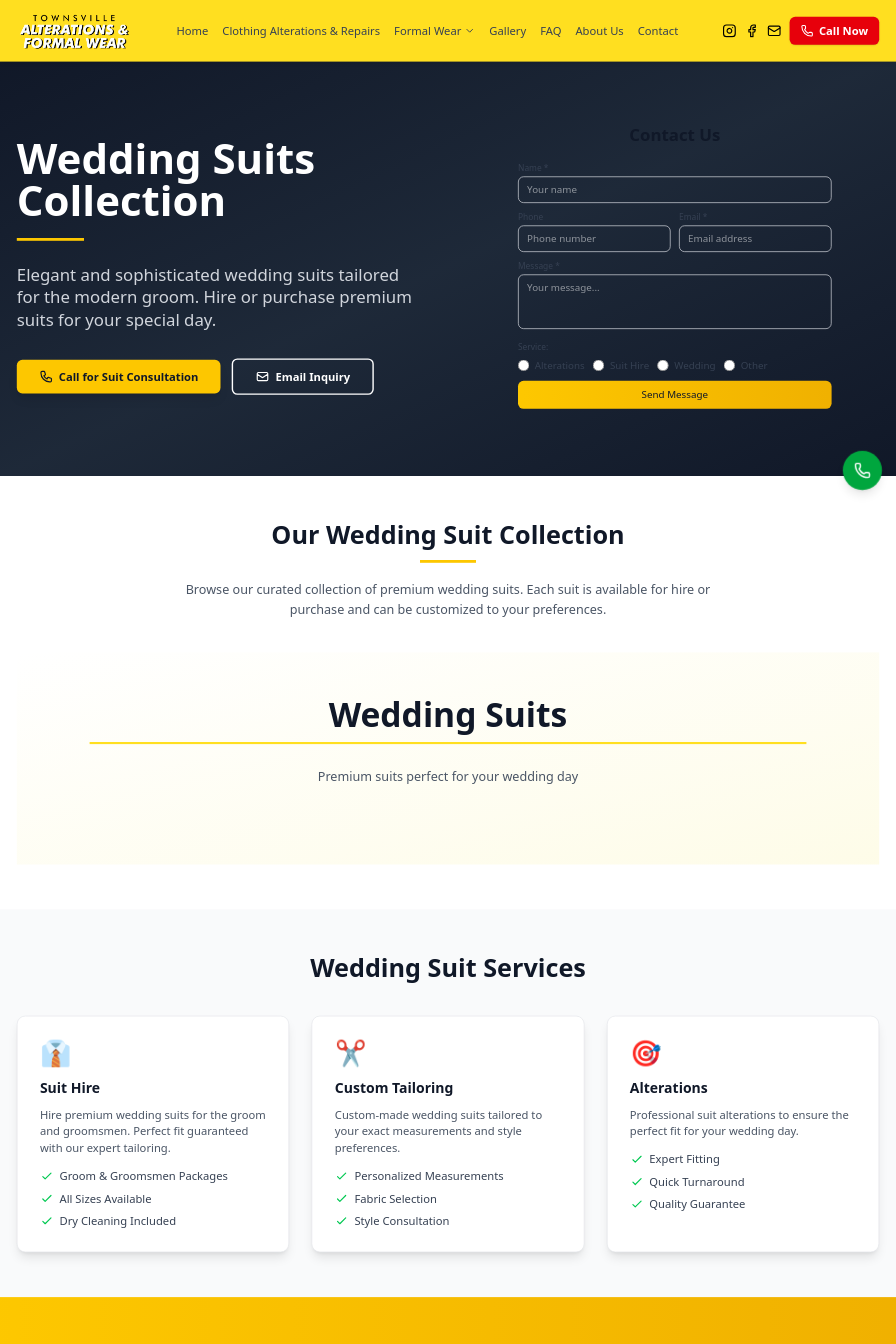
Repository: tarekhasan1/townsville-alteration
Page: /wedding-suits
The author's editor kept a copy of each file at every save. The page is drawn from the files as they stood at one save, then again after the next save.
The browser window is 1280 px wide. The pictures show the part of the page from y = 0 to 1920 px (the page is 2715 px tall), at 70% of full size.
The page's requests for data from a server got no answer. The project was rebuilt for these pictures with package versions that can differ from the ones it lists, and the page was loaded fresh each time. The framework's server and built-in components were replaced by stand-ins that run in the browser. No one was signed in, and anything a server would have sent is missing. Also part of the build but not shown: next.config.ts.

Above is the page before, as saved 2026-01-31 11:34:24.

### src/app/layout.tsx
import type { Metadata } from "next";
import Script from "next/script";
import "./globals.css";
import LayoutShell from "@/components/LayoutShell";
import FloatingCallButton from "@/components/FloatingCallButton";
import AnalyticsTracker from "@/components/AnalyticsTracker";

export const metadata: Metadata = {
  title: "Townsville Alterations and Formal Wear | Tailoring, Suit Hire, Alterations",
  description:
    "Townsville Alterations and Formal Wear - Reinvent Your Wardrobe. Hire or tailor-make outfits that turn heads. Expert suit hire, bridal alterations, and tailoring in Townsville.",
  keywords:
    "Townsville Tailoring, Formal Wear Townsville, Suit Hire, Alterations, Wedding Dress Alterations, Custom Tailoring",
  authors: [{ name: "Townsville Alterations & Formal Wear" }],
  creator: "Townsville Alterations & Formal Wear",
  publisher: "Townsville Alterations & Formal Wear",
  robots: "index, follow",
  icons: "/logo.png",
};

export default function RootLayout({
  children,
}: {
  children: React.ReactNode;
}) {
  return (
    <html lang="en">
      <head>
        {/* Google Tag Manager */}
        <Script
          id="gtm-script"
          strategy="afterInteractive"
          dangerouslySetInnerHTML={{
            __html: `
              (function(w,d,s,l,i){w[l]=w[l]||[];
              w[l].push({'gtm.start': new Date().getTime(),event:'gtm.js'});
              var f=d.getElementsByTagName(s)[0],
              j=d.createElement(s),dl=l!='dataLayer'?'&l='+l:'';
              j.async=true;j.src=
              'https://www.googletagmanager.com/gtm.js?id='+i+dl;
              f.parentNode.insertBefore(j,f);
              })(window,document,'script','dataLayer','GTM-WH7KD8GK');
            `,
          }}
        />
        {/* End Google Tag Manager */}
      </head>

      <body>
        {/* Google Tag Manager (noscript) */}
        <noscript>
          <iframe
            src="https://www.googletagmanager.com/ns.html?id=GTM-WH7KD8GK"
            height="0"
            width="0"
            style={{ display: "none", visibility: "hidden" }}
          />
        </noscript>
        {/* End Google Tag Manager (noscript) */}
        <AnalyticsTracker />

        <LayoutShell>{children}</LayoutShell>

        {/* Global Floating Call Button */}
        <FloatingCallButton />
      </body>
    </html>
  );
}

### src/app/globals.css
@import "tailwindcss";

:root {
  --background: #ffffff;
  --foreground: #171717;
}

### src/components/LayoutShell.tsx
// components/LayoutShell.tsx
'use client';

import { usePathname } from 'next/navigation';
import Navbar from '@/components/Navbar';
import ContactSection from '@/components/ContactSection';
import DevelopedBy from '@/components/DevelopedBy';

export default function LayoutShell({ children }: { children: React.ReactNode }) {
  const pathname = usePathname();
  const isAdminRoute = pathname.startsWith('/admin');

  return (
    <>
      {!isAdminRoute && <Navbar />}
      {children}
      {!isAdminRoute && (
        <>
          <ContactSection />
          <DevelopedBy />
        </>
      )}
    </>
  );
}

### src/components/FloatingCallButton.tsx
'use client';

import { Phone } from 'lucide-react';

export default function FloatingCallButton() {
  return (
    <a
      href="tel:0421929683" // <-- replace with real number
      aria-label="Call us now"
      className="
        fixed
        bottom-5
        right-5
        z-50
        flex
        items-center
        justify-center
        w-14
        h-14
        rounded-full
        bg-green-600
        text-white
        shadow-lg
        hover:bg-green-700
        active:scale-95
        transition
      "
    >
      <Phone className="w-6 h-6" />
    </a>
  );
}

### src/components/AnalyticsTracker.tsx
/* eslint-disable @typescript-eslint/no-explicit-any */
"use client";

import { usePathname } from "next/navigation";
import { useEffect } from "react";

declare global {
  interface Window {
    dataLayer: any[];
  }
}

export default function AnalyticsTracker() {
  const pathname = usePathname();

  useEffect(() => {
    if (typeof window === "undefined") return;
    if (!window.dataLayer) return;

    window.dataLayer.push({
      event: "pageview",
      page_path: pathname,
    });
  }, [pathname]);

  return null;
}

### src/components/ContactSection.tsx
'use client';

import Image from 'next/image';
import { Facebook, Instagram } from 'lucide-react';

export default function ContactSection() {
  return (
    <footer
      id="contact"
      aria-labelledby="contact-us"
      className="bg-[#f2f2e5] p-8 md:p-12 lg:p-16"
    >
      <div className="mx-auto grid grid-cols-1 md:grid-cols-2 gap-8 items-center">
        <div className="w-full h-auto relative">
          <Image
            src="/tailored-suit.jpg"
            alt="Tailored suits on hangers"
            width={600}
            height={400}
            className="rounded-lg"
            priority
          />
        </div>
        <div className="space-y-6 text-center md:text-left">
          <h2
            id="contact-us"
            className="text-4xl md:text-5xl font-bold text-gray-900 mb-4"
          >
            We&apos;d love to work with you. Call us now.
          </h2>
          <hr className="border-yellow-300 border-[2px]" />
          <div className="space-y-4 text-gray-700">
            <div>
              <h3 className="font-semibold">ADDRESS</h3>
              <p>611 Flinders Street, Townsville</p>
            </div>
            <div>
              <h3 className="font-semibold">PHONE</h3>
              <p>04 219 29683</p>
            </div>
            <div>
              <h3 className="font-semibold">EMAIL</h3>
              <p>
                <a
                  href="mailto:tranglecong2014@gmail.com"
                  className="hover:text-gray-600"
                  aria-label="Email us at sales@tsvalterationsandformalwear.com"
                >
                  tranglecong2014@gmail.com
                </a>
              </p>
            </div>
            <div>
              <h3 className="font-semibold">SOCIAL</h3>
              <div className="flex justify-center md:justify-start space-x-4 text-xl">
                <a
                  target="_blank"
                  href="https://www.facebook.com/DressmakingAlterationsTownsville"
                  aria-label="Facebook - Townsville Alterations and Formal Wear"
                  className="text-gray-800 hover:text-gray-600"
                >
                  <Facebook size={24} />
                </a>
                <a
                  target="_blank"
                  href="https://www.instagram.com/tsvalterationformal?igsh=bXJkaXp3eXN4Yml2"
                  aria-label="Instagram - Townsville Alterations and Formal Wear"
                  className="text-gray-800 hover:text-gray-600"
                >
                  <Instagram size={24} />
                </a>
              </div>
            </div>
          </div>
        </div>
      </div>
    </footer>
  );
}

### src/components/DevelopedBy.tsx
// components/DevelopedBy.js

import React from 'react';

const DevelopedBy = () => {
  return (
    <footer className="bg-gray-900 text-white text-center py-4">
      <p className="text-sm">
        Developed by{' '}
        <a
          href="https://digitalcowboy.com.au"
          className="text-yellow-400 hover:underline"
          target="_blank"
          rel="noopener noreferrer"
        >
          DigitalCowboy
        </a>
      </p>
    </footer>
  );
};

export default DevelopedBy;

### actions/client.action.ts
// lib/client.actions.ts
'use client';

import { collection, getDocs } from "firebase/firestore";
import { db } from "@/firebase/config";

export type CollectionType = 'gallery' | 'featured' | 'suits' | 'wedding-gowns';

export interface ImageData {
  id: string;
  url: string;
  fileName?: string;
  fileSize?: number;
  uploadedAt?: Date;
}

// Fetch images from a specific collection
export const fetchCollectionImages = async (collectionName: CollectionType): Promise<ImageData[]> => {
  try {
    const snapshot = await getDocs(collection(db, collectionName));
    const images = snapshot.docs.map((doc) => ({
      id: doc.id,
      url: doc.data().url as string,
      fileName: doc.data().fileName as string,
      fileSize: doc.data().fileSize as number,
      uploadedAt: doc.data().uploadedAt?.toDate() as Date,
    }));
    return images;
  } catch (error) {
    console.error(`Error fetching ${collectionName} images:`, error);
    throw new Error(`Failed to fetch ${collectionName} images`);
  }
};

// Fetch all images from all collections
export const fetchAllImages = async (): Promise<{
  gallery: ImageData[];
  featured: ImageData[];
  suits: ImageData[];
  weddingGowns: ImageData[];
}> => {
  try {
    const [gallery, featured, suits, weddingGowns] = await Promise.all([
      fetchCollectionImages('gallery'),
      fetchCollectionImages('featured'),
      fetchCollectionImages('suits'),
      fetchCollectionImages('wedding-gowns'),
    ]);

    return { gallery, featured, suits, weddingGowns };
  } catch (error) {
    console.error('Error fetching all images:', error);
    throw new Error('Failed to fetch images');
  }
};

// Fetch images with pagination
export const fetchPaginatedImages = async (
  collectionName: CollectionType,
  page: number,
  itemsPerPage: number
): Promise<{
  images: ImageData[];
  total: number;
  totalPages: number;
}> => {
  try {
    const allImages = await fetchCollectionImages(collectionName);
    const startIndex = page * itemsPerPage;
    const endIndex = startIndex + itemsPerPage;
    const paginatedImages = allImages.slice(startIndex, endIndex);
    const totalPages = Math.ceil(allImages.length / itemsPerPage);

    return {
      images: paginatedImages,
      total: allImages.length,
      totalPages,
    };
  } catch (error) {
    console.error(`Error fetching paginated ${collectionName} images:`, error);
    throw new Error(`Failed to fetch paginated ${collectionName} images`);
  }
};

### actions/contact.action.ts
/* eslint-disable @typescript-eslint/no-explicit-any */
/* eslint-disable @typescript-eslint/no-unused-vars */
// lib/contact.actions.ts
'use client';

import {
  collection,
  addDoc,
  getDocs,
  query,
  orderBy,
  where,
  Timestamp,
  updateDoc,
  doc,
  deleteDoc,
  DocumentData,
  QuerySnapshot,
  QueryDocumentSnapshot
} from "firebase/firestore";
import { db } from "@/firebase/config";

export interface ContactMessage {
  id?: string;
  name: string;
  email: string;
  phone: string;
  message: string;
  service?: string;
  status: 'new' | 'responded' | 'archived';
  createdAt: Date;
  respondedAt?: Date;
  adminNotes?: string;
  adminResponder?: string;
}

export interface SubmitContactFormData {
  name: string;
  email: string;
  phone: string;
  message: string;
  service?: string;
}

export interface SubmitResult {
  success: boolean;
  messageId?: string;
  error?: string;
}

export interface FetchMessagesResult {
  messages: ContactMessage[];
  total: number;
}

export interface UpdateMessageData {
  status?: 'new' | 'responded' | 'archived';
  adminNotes?: string;
  adminResponder?: string;
}

// Submit contact form data to database
export const submitContactForm = async (data: SubmitContactFormData): Promise<SubmitResult> => {
  try {
    const messagesRef = collection(db, 'messages');

    const messageData = {
      name: data.name.trim(),
      email: data.email.trim(),
      phone: data.phone?.trim() || '',
      message: data.message.trim(),
      service: data.service?.toLowerCase() || '',
      status: 'new' as const,
      createdAt: Timestamp.now(),
      respondedAt: null,
      adminNotes: '',
      adminResponder: ''
    };

    const docRef = await addDoc(messagesRef, messageData);

    return {
      success: true,
      messageId: docRef.id
    };
  } catch (error) {
    console.error('Error submitting contact form:', error);
    return {
      success: false,
      error: error instanceof Error ? error.message : 'Failed to submit form'
    };
  }
};

// Fetch all messages with optional filtering and sorting
export const fetchMessages = async (
  status?: ContactMessage['status'],
  limit?: number,
  sortBy: 'createdAt' | 'name' = 'createdAt',
  sortOrder: 'asc' | 'desc' = 'desc'
): Promise<FetchMessagesResult> => {
  try {
    const messagesRef = collection(db, 'messages');
    let q = query(messagesRef, orderBy(sortBy, sortOrder));

    if (status) {
      q = query(messagesRef, where('status', '==', status), orderBy(sortBy, sortOrder));
    }

    const snapshot = await getDocs(q);
    let messages = snapshot.docs.map(doc => {
      const data = doc.data();
      return {
        id: doc.id,
        name: data.name,
        email: data.email,
        phone: data.phone,
        message: data.message,
        service: data.service,
        status: data.status,
        createdAt: data.createdAt?.toDate() || new Date(),
        respondedAt: data.respondedAt?.toDate(),
        adminNotes: data.adminNotes,
        adminResponder: data.adminResponder
      };
    });

    if (limit) {
      messages = messages.slice(0, limit);
    }

    return {
      messages,
      total: snapshot.size
    };
  } catch (error) {
    console.error('Error fetching messages:', error);
    throw new Error('Failed to fetch messages');
  }
};

// Fetch a single message by ID
export const fetchMessageById = async (id: string): Promise<ContactMessage | null> => {
  try {
    const messagesRef = collection(db, 'messages');
    const q = query(messagesRef, where('__name__', '==', id));
    const snapshot = await getDocs(q);

    if (snapshot.empty) {
      return null;
    }

    const doc = snapshot.docs[0];
    const data = doc.data();

    return {
      id: doc.id,
      name: data.name,
      email: data.email,
      phone: data.phone,
      message: data.message,
      service: data.service,
      status: data.status,
      createdAt: data.createdAt?.toDate() || new Date(),
      respondedAt: data.respondedAt?.toDate(),
      adminNotes: data.adminNotes,
      adminResponder: data.adminResponder
    };
  } catch (error) {
    console.error('Error fetching message:', error);
    throw new Error('Failed to fetch message');
  }
};

// Update message (admin response)
export const updateMessage = async (
  messageId: string,
  updateData: UpdateMessageData
): Promise<boolean> => {
  try {
    const messageRef = doc(db, 'messages', messageId);

    const updateObject: any = {};

    if (updateData.status) {
      updateObject.status = updateData.status;
      if (updateData.status === 'responded') {
        updateObject.respondedAt = Timestamp.now();
      }
    }

    if (updateData.adminNotes !== undefined) {
      updateObject.adminNotes = updateData.adminNotes;
    }

    if (updateData.adminResponder !== undefined) {
      updateObject.adminResponder = updateData.adminResponder;
    }

    await updateDoc(messageRef, updateObject);
    return true;
  } catch (error) {
    console.error('Error updating message:', error);
    throw new Error('Failed to update message');
  }
};

// Mark message as responded
export const markAsResponded = async (
  messageId: string,
  adminName: string,
  adminNotes?: string
): Promise<boolean> => {
  try {
    const messageRef = doc(db, 'messages', messageId);

    await updateDoc(messageRef, {
      status: 'responded',
      respondedAt: Timestamp.now(),
      adminResponder: adminName,
      adminNotes: adminNotes || ''
    });

    return true;
  } catch (error) {
    console.error('Error marking message as responded:', error);
    throw new Error('Failed to mark message as responded');
  }
};

// Delete message
export const deleteMessage = async (messageId: string): Promise<boolean> => {
  try {
    const messageRef = doc(db, 'messages', messageId);
    await deleteDoc(messageRef);
    return true;
  } catch (error) {
    console.error('Error deleting message:', error);
    throw new Error('Failed to delete message');
  }
};

// Archive message
export const archiveMessage = async (messageId: string): Promise<boolean> => {
  try {
    return await updateMessage(messageId, { status: 'archived' });
  } catch (error) {
    console.error('Error archiving message:', error);
    throw new Error('Failed to archive message');
  }
};

// Get message statistics
export const getMessageStats = async (): Promise<{
  total: number;
  new: number;
  responded: number;
  archived: number;
}> => {
  try {
    const messagesRef = collection(db, 'messages');
    const snapshot = await getDocs(messagesRef);

    const stats = {
      total: 0,
      new: 0,
      responded: 0,
      archived: 0
    };

    snapshot.forEach(doc => {
      const data = doc.data();
      stats.total++;

      switch (data.status) {
        case 'new':
          stats.new++;
          break;
        case 'responded':
          stats.responded++;
          break;
        case 'archived':
          stats.archived++;
          break;
      }
    });

    return stats;
  } catch (error) {
    console.error('Error fetching message stats:', error);
    throw new Error('Failed to fetch message statistics');
  }
};

// Search messages by name or email
export const searchMessages = async (searchTerm: string): Promise<ContactMessage[]> => {
  try {
    // Note: Firestore doesn't support OR queries directly with different fields
    // We'll fetch all and filter client-side for small datasets
    // For larger datasets, consider using a search index like Algolia

    const messagesRef = collection(db, 'messages');
    const snapshot = await getDocs(messagesRef);

    const searchLower = searchTerm.toLowerCase();

    const messages = snapshot.docs
      .map(doc => {
        const data = doc.data();
        return {
          id: doc.id,
          name: data.name,
          email: data.email,
          phone: data.phone,
          message: data.message,
          service: data.service,
          status: data.status,
          createdAt: data.createdAt?.toDate() || new Date(),
          respondedAt: data.respondedAt?.toDate(),
          adminNotes: data.adminNotes,
          adminResponder: data.adminResponder
        };
      })
      .filter(message =>
        message.name.toLowerCase().includes(searchLower) ||
        message.email.toLowerCase().includes(searchLower) ||
        message.message.toLowerCase().includes(searchLower)
      );

    return messages;
  } catch (error) {
    console.error('Error searching messages:', error);
    throw new Error('Failed to search messages');
  }
};

### src/firebase/config.ts
// Import the functions you need from the SDKs you need
import { initializeApp } from "firebase/app";
import { getFirestore } from 'firebase/firestore';
import { getStorage } from 'firebase/storage';
// TODO: Add SDKs for Firebase products that you want to use
// https://firebase.google.com/docs/web/setup#available-libraries

// Your web app's Firebase configuration
const firebaseConfig = {
  apiKey: process.env.NEXT_PUBLIC_FIREBASE_API_KEY,
  authDomain: process.env.NEXT_PUBLIC_FIREBASE_AUTH_DOMAIN,
  projectId: process.env.NEXT_PUBLIC_FIREBASE_PROJECT_ID,
  storageBucket: process.env.NEXT_PUBLIC_FIREBASE_STORAGE_BUCKET,
  messagingSenderId: process.env.NEXT_PUBLIC_FIREBASE_MESSAGING_SENDER_ID,
  appId: process.env.NEXT_PUBLIC_FIREBASE_APP_ID
};

// Initialize Firebase
const app = initializeApp(firebaseConfig);
export const db = getFirestore(app);
export const storage = getStorage(app);

Loaded but not shown: src/app/wedding-suits/page.tsx (236 lines, source omitted); src/components/ContactForm.tsx (255 lines, source omitted); src/components/Navbar.tsx (201 lines, source omitted); src/components/ImageGallery.tsx (227 lines, source omitted)

After the next save:
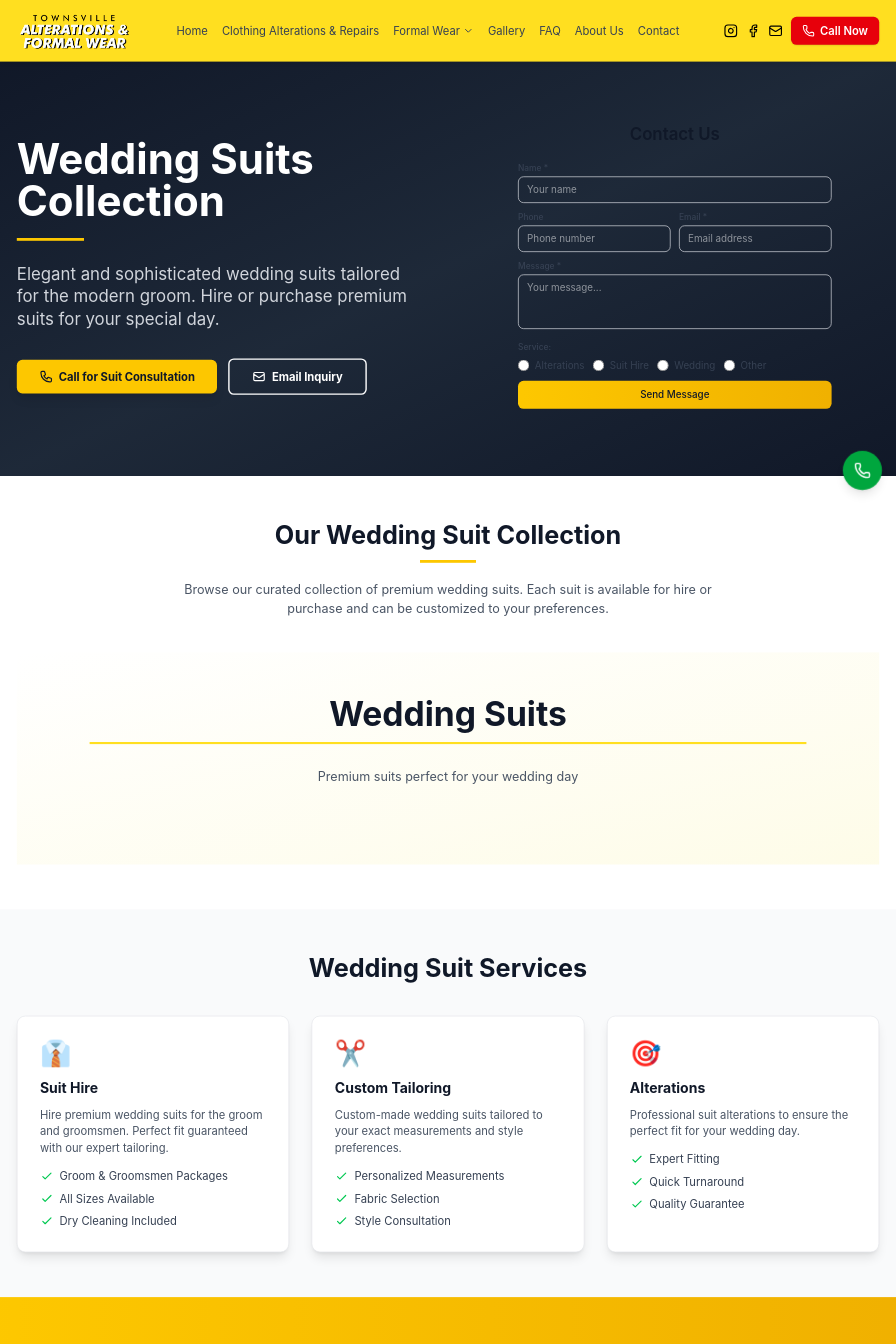
Saved 95 s later.
--- a/src/app/globals.css
+++ b/src/app/globals.css
@@ -4,3 +4,9 @@
   --background: #ffffff;
   --foreground: #171717;
 }
+
+body {
+  font-family: 'Inter', sans-serif;
+  margin: 0;
+  padding: 0;
+}
